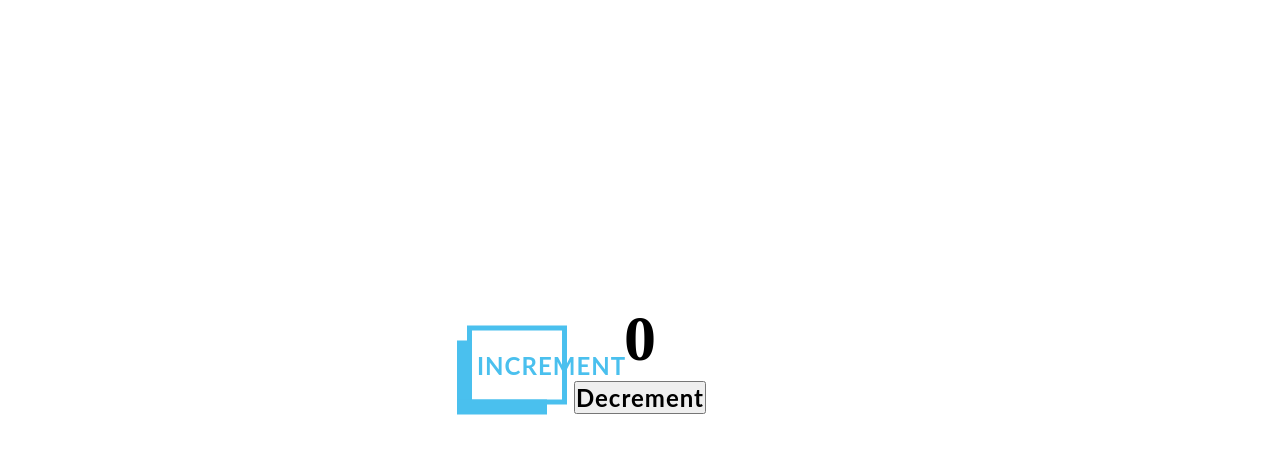
Repository: Ellisvelandia/react_introduction_test
Page: /
These files come from the project's save history. The page is drawn as it stood at one moment and after the next save; the edit follows.
The browser window is 1280 px wide. The pictures show the whole page.
The project was rebuilt for these pictures with package versions that can differ from the ones it lists, and the page was loaded fresh each time. Also part of the build but not shown: src/index.css.

Above is the page before, as saved 2022-08-15 20:07:50.

After the next save:
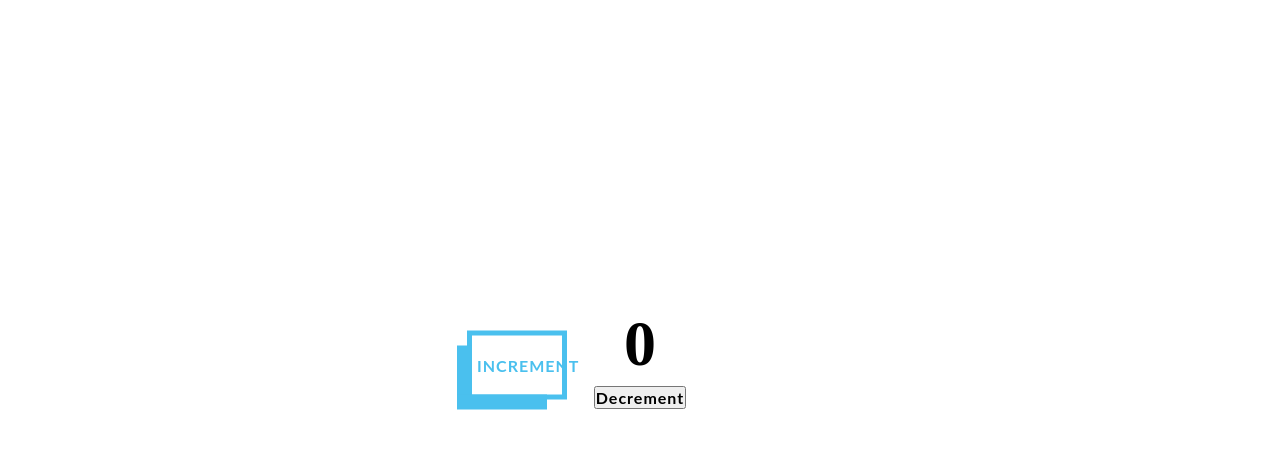
Saved 5 s later.
--- a/src/App.scss
+++ b/src/App.scss
@@ -23,7 +23,7 @@ h1 {
 }
 
 button {
-  font-size: 1.5rem;
+  font-size: 1rem;
   margin: 5px;
   font-family: "Lato", sans-serif;
   font-weight: 300;
